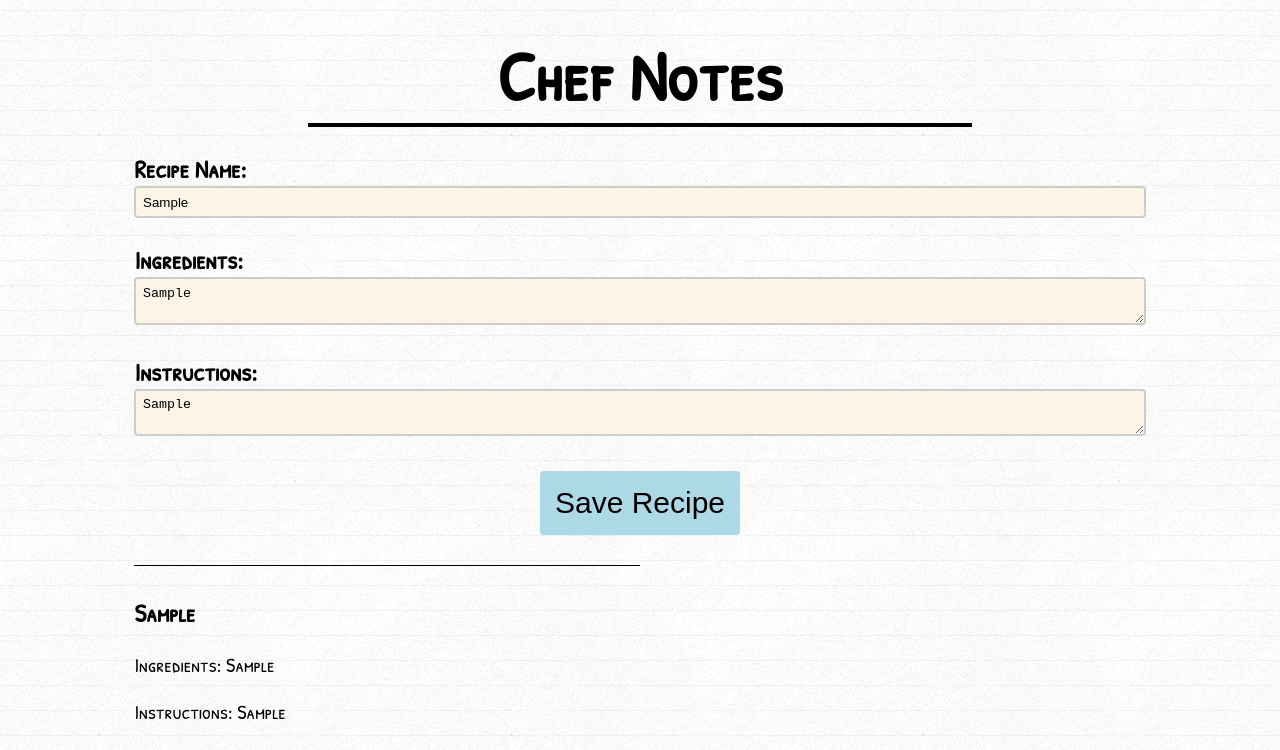
Repository: Chadloswald/RecipeSite
Page: index.html
An editor plug-in stored every save of this project. The page is shown before and after the next save, followed by the edit.
The browser window is 1280 px wide. The pictures show the whole page.
Empty fields were first filled with sample values (such as "Sample", 5 or name@example.com).
After loading, the first visible `#saveButton` was clicked once.

Above is the page before, as saved 2023-04-10 16:30:00.

After the next save:
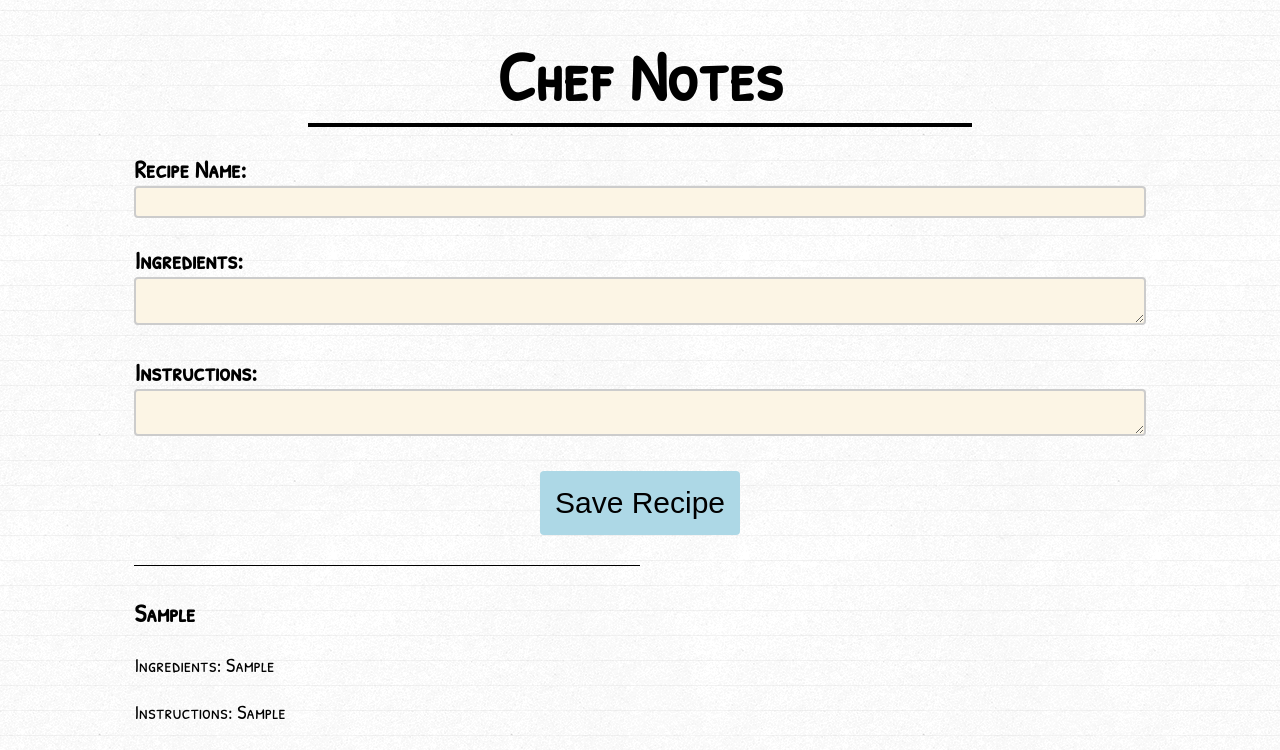
Saved 46 s later.
--- a/scripts.js
+++ b/scripts.js
@@ -30,5 +30,9 @@ document.addEventListener('DOMContentLoaded', function() {
     recipeList.appendChild(recipe);
 
     recipeLine.style.display = 'block';
+
+    nameInput.value = '';
+    ingredientsInput.value = '';
+    instructionsInput.value = '';
   });
 });
